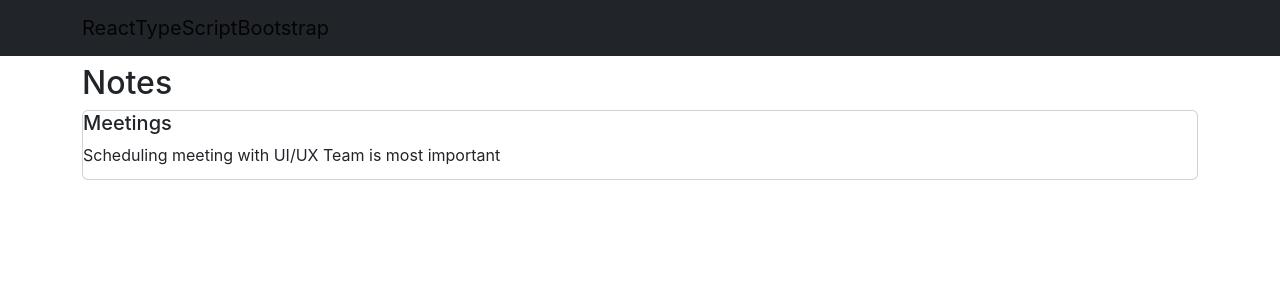
Repository: OmniaRafat232111121/notes
Page: /
These files come from the project's save history. The page is drawn as it stood at one moment and after a run of saves; the edit follows.
The browser window is 1280 px wide. The pictures show the whole page.
The project was rebuilt for these pictures with package versions that can differ from the ones it lists, and the page was loaded fresh each time. Also part of the build but not shown: src/App.css.

Above is the page before, as saved 2022-09-08 02:18:54.

### public/index.html
<!DOCTYPE html>
<html lang="en">
  <head>
    <meta charset="utf-8" />
    <link rel="icon" href="%PUBLIC_URL%/favicon.ico" />
    <meta name="viewport" content="width=device-width, initial-scale=1" />
    <meta name="theme-color" content="#000000" />
    <meta
      name="description"
      content="Web site created using create-react-app"
    />
    <link rel="apple-touch-icon" href="%PUBLIC_URL%/logo192.png" />
    <link
    rel="stylesheet"
    href="https://cdn.jsdelivr.net/npm/bootstrap@5.2.0-beta1/dist/css/bootstrap.min.css"
    integrity="sha384-0evHe/X+R7YkIZDRvuzKMRqM+OrBnVFBL6DOitfPri4tjfHxaWutUpFmBp4vmVor"
    crossorigin="anonymous"
  />
    <link rel="manifest" href="%PUBLIC_URL%/manifest.json" />
    <title>React App</title>
  </head>
  <body>
    <noscript>You need to enable JavaScript to run this app.</noscript>
    <div id="root"></div>
  </body>
</html>

### src/App.tsx
import React,{useState} from 'react';
import './App.css';
import Header from './components/Header';
import NotesList from './components/NotesList';
import {Note} from "./modals/note.model"
import {Container,Row,Col} from 'react-bootstrap';
function App() {
  const [notes,setNotes]=useState<Note[]>([{
   id:(new Date).toString(),
   title:"Meetings",
   text:"Scheduling meeting with UI/UX Team is most important",
   color:'#dfdfdf',
   date:(new Date).toString()
  }]);

  return (
   <>
   <Header/>
   <Container className="mt-5">
    <Row>
      <Col>
      <NotesList notes={notes}/>
      </Col>
    </Row>
   </Container>
   </>
  );
}

export default App;

### src/components/Header.tsx
import * as React from 'react';
import { Navbar,Container } from 'react-bootstrap';

interface IHeaderProps {
}

const Header: React.FunctionComponent<IHeaderProps> = (props) => {
    return (
    <Navbar fixed="top" bg="dark" >
    <Container>
        <Navbar.Brand>
            ReactTypeScriptBootstrap
        </Navbar.Brand>
    </Container>
    </Navbar>
    );
};

export default Header;

### src/components/NotesList.tsx
import * as React from 'react';
import Notes from './Notes';
import { Note } from '../modals/note.model';

interface INotesListProps {
    notes: Note[],

}

const NotesList: React.FC<INotesListProps> = ({ notes}) => {
    const renderNotes = ():JSX.Element[] => {
        return notes.map(note => {
            return <Notes key={note.id} note={note} />
        })
    }
    return (
        <>
            <h2 className="mt-3">Notes</h2>
            <div>{ renderNotes() }</div>
        </>
  );
};

export default NotesList;

### src/components/Notes.tsx
import * as React from 'react';
import {Card} from 'react-bootstrap'
import {Note} from '../modals/note.model'
interface INotesProps {
    note:Note
}

const Notes: React.FunctionComponent<INotesProps> = ({note}) => {
  return (
<div className="mb-3">
     <Card>
        <Card.Title>
            {note.title}
        </Card.Title>
        <Card.Text>
            {note.text}
        </Card.Text>
        <Card.Subtitle className="text-muted">

        </Card.Subtitle>
     </Card>

</div>
  );
};

export default Notes;

Loaded but not shown: src/index.tsx (common file); src/index.css (common file); src/reportWebVitals.ts (common file)

After the next 7 saves:
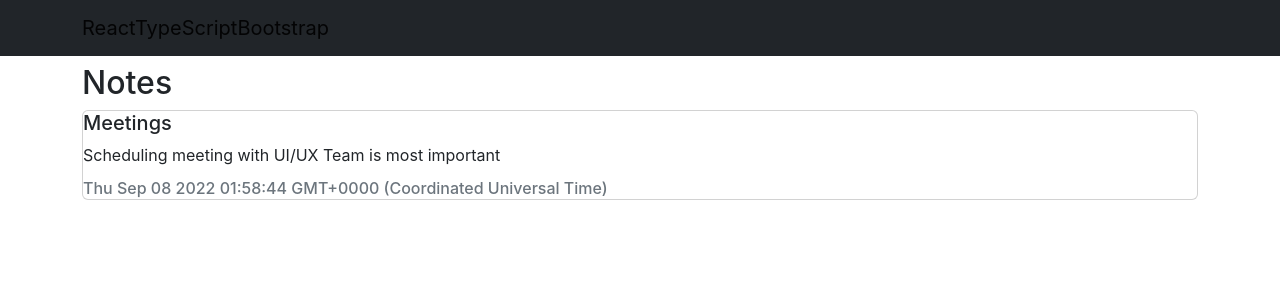
The 7 saves are shown as one change because they came seconds apart.
The last was saved 15 s later.
--- a/src/components/Notes.tsx
+++ b/src/components/Notes.tsx
@@ -16,7 +16,7 @@ const Notes: React.FunctionComponent<INotesProps> = ({note}) => {
             {note.text}
         </Card.Text>
         <Card.Subtitle className="text-muted">
-
+         {note.date}
         </Card.Subtitle>
      </Card>
 
